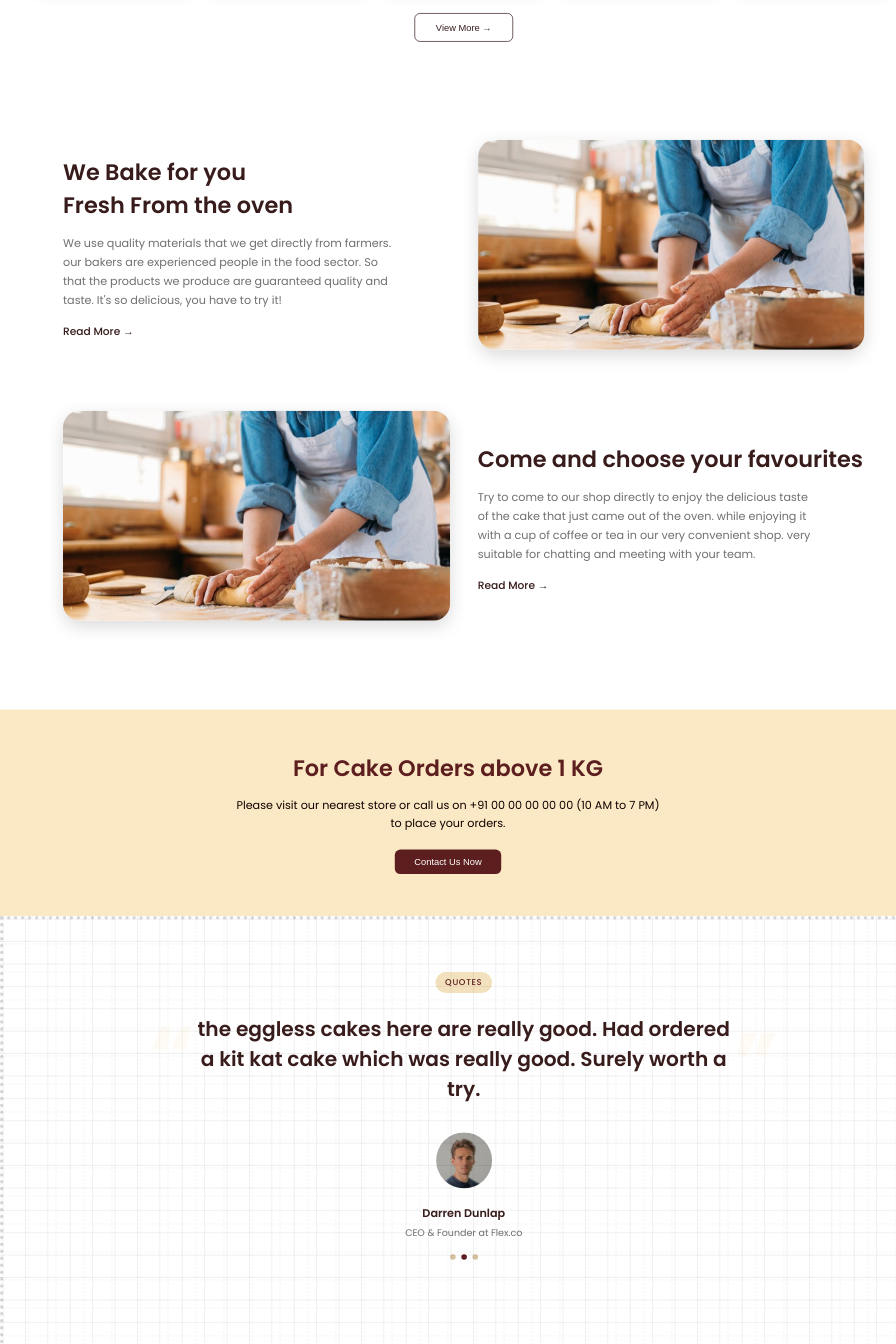
Repository: josegabrielzevallos/chocobrat-bakery-website
Page: index.html
An editor plug-in stored every save of this project. The page is shown before and after the next save, followed by the edit.
The browser window is 1280 px wide. The pictures show the part of the page from y = 1014 to 2934 px (the page is 2934 px tall), at 70% of full size.

Above is the page before, as saved 2025-11-20 17:09:35.

After the next save:
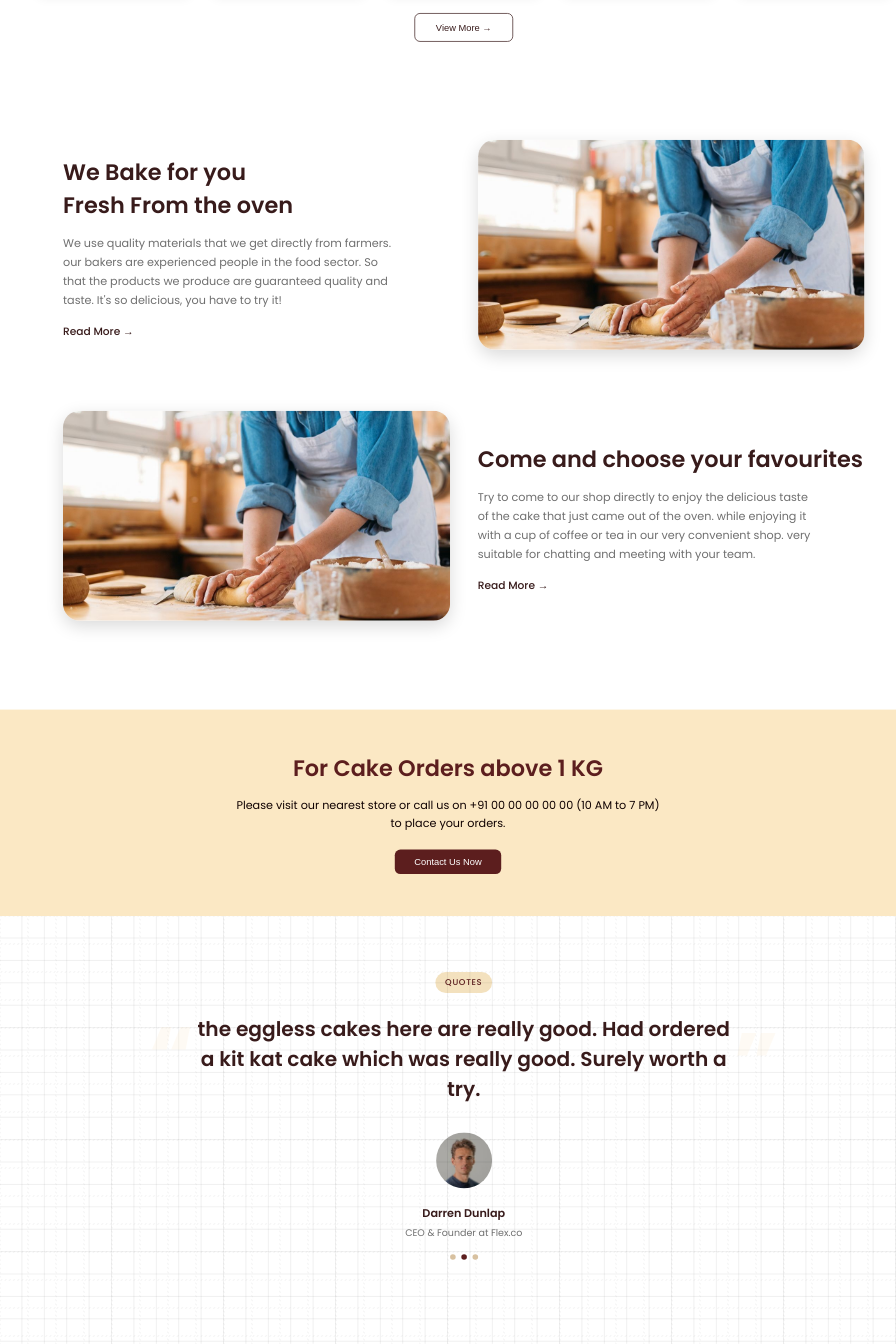
Saved 20 s later.
--- a/styles.css
+++ b/styles.css
@@ -361,13 +361,7 @@ header {
         linear-gradient(to bottom, transparent 0, transparent 30px, rgba(0,0,0,0.06) 30px);
 
     background-size: 32px 32px;
-    mask-image:
-        linear-gradient(#000 0 0); /* permite punteo */
-    pointer-events: none;
-
-    /* convierte las líneas en punteadas */
-    border-top: 5px dotted rgba(0,0,0,0.15);
-    border-left: 5px dotted rgba(0,0,0,0.15);
+
 }
 
 .quotes-inner {
